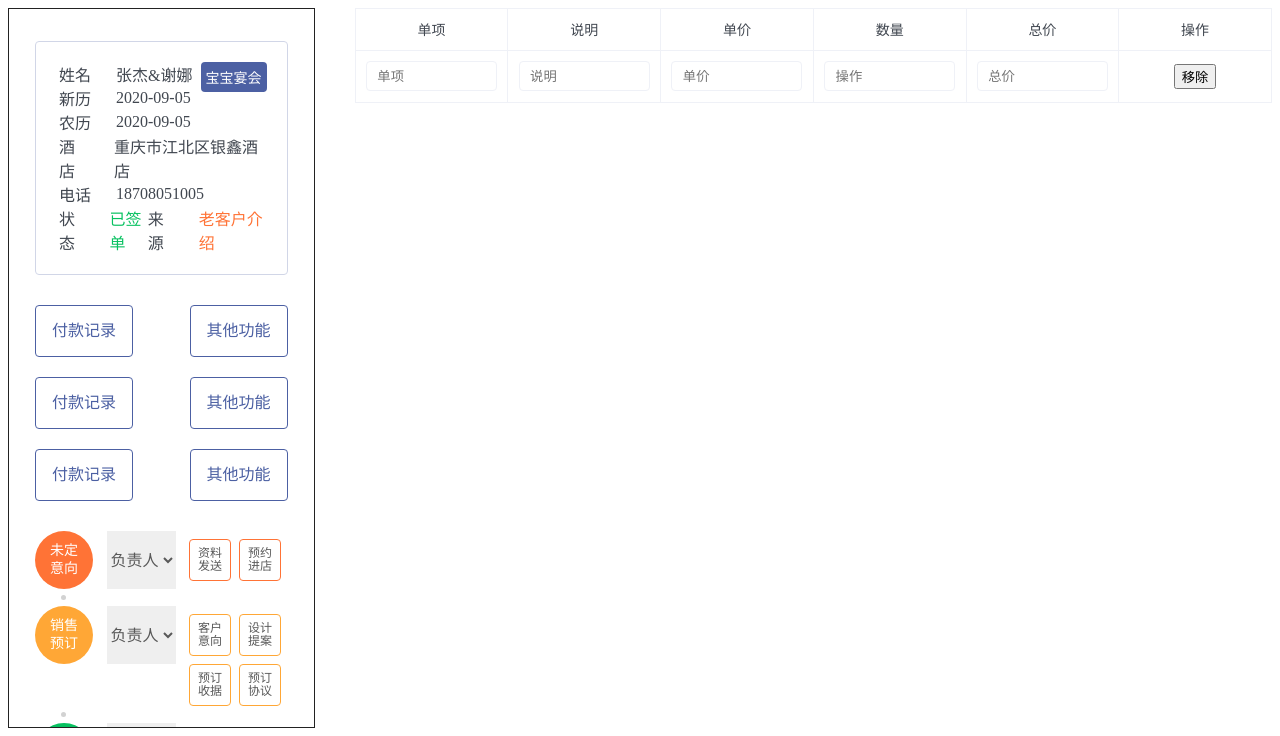
Repository: Lairuola/wedding-1
Page: index.html
An editor plug-in stored every save of this project. The page is shown before and after the next save, followed by the edit.
The browser window is 1280 px wide. The pictures show the whole page.

Above is the page before, as saved 2020-12-24 16:04:11.

### index.html
<!--
 * @Author       : 濑若拉
 * @Date         : 2020-12-17 10:22:14
 * @LastEditors  : 濑若拉
 * @LastEditTime : 2020-12-24 16:04:11
 * @FilePath     : /slidebar/index.html
-->


<!DOCTYPE html>
<html lang="en">

<head>
  <meta charset="UTF-8">
  <meta name="viewport" content="width=device-width, initial-scale=1.0">
  <title>Document</title>
  <style>
    .slide-left {
      width: 402px;
      height: 100vh;
      box-sizing: border-box;
      padding: 32px 26px;
      overflow-y: auto;
      display: flex;
      flex-direction: column;
      align-items: center;
      border: 1px solid #222;
    }

    .info {
      width: 100%;
      height: 328px;
      display: flex;
      flex-direction: column;
      justify-content: space-between;
      padding: 20px 23px;
      position: relative;
      box-sizing: border-box;
      border-radius: 4px;
      border: solid 1px #d1d6e7;
    }

    .info .row {
      width: 100%;
      display: flex;
      font-size: 16px;
      color: #414750;
      flex-direction: row;
      align-items: center;
    }

    .info .row .label,
    .info .end-row .item .label {
      margin-right: 25px;
    }

    .info .end-row {
      width: 100%;
      display: flex;
      flex-direction: row;
      align-items: center;
      justify-content: space-between;
      font-size: 16px;
      color: #414750;
    }

    .info .end-row .item {
      display: flex;
      flex-direction: row;
      align-items: center;
      font-size: 16px;
      color: #414750;
    }

    .info .info-tag {
      padding: 5px;
      background-color: #4c60a3;
      border-radius: 4px;
      font-size: 14px;
      color: #fff;
      position: absolute;
      top: 20px;
      right: 20px;
    }

    .btn-area {
      width: 100%;
      display: flex;
      flex-direction: row;
      align-items: center;
      justify-content: space-between;
      flex-wrap: wrap;
      margin-top: 10px;
      margin-bottom: 30px;
    }

    .btn-area .btn {
      width: 96px;
      height: 50px;
      background-color: #ffffff;
      border-radius: 4px;
      border: solid 1px #4c60a3;
      font-size: 16px;
      color: #4c60a3;
      text-align: center;
      line-height: 50px;
      margin-top: 20px;
    }

    .bot-area {
      width: 100%;
      display: flex;
      flex-direction: column;
    }

    .bot-area .item {
      width: 100%;
      display: flex;
      flex-direction: row;
      position: relative;
      padding-bottom: 17px;
    }

    .bot-area .item .circle {
      width: 58px;
      height: 58px;
      color: #fff;
      border-radius: 100%;
      display: flex;
      align-items: center;
      justify-content: center;
    }

    .bot-area .item .circle .text {
      width: 28px;
      height: 36px;
      font-size: 14px;
      line-height: 18px;
    }

    .bot-area .item .select-wrap {
      width: 96px;
      text-align: center;
    }

    .bot-area .item .select-wrap .bot-select {
      border: none;
      outline: none;
      color: #595959;
      font-size: 16px;
      height: 58px;
    }

    .bot-area .item .btn-row {
      flex: 1;
      display: flex;
      flex-direction: row;
      flex-wrap: wrap;
      margin-right: -8px;
    }

    .bot-area .item .btn-row .btn {
      width: 40px;
      height: 40px;
      border-radius: 4px;
      margin-right: 8px;
      border: 1px solid;
      display: flex;
      align-items: center;
      justify-content: center;
      margin-top: 8px;
      color: #595959;
    }

    .bot-area .item .btn-row .btn .word {
      width: 24px;
      height: 26px;
      font-size: 12px;
      line-height: 13px;
      letter-spacing: 0px;
    }

    .bot-area .item .dot {
      width: 5px;
      height: 5px;
      background-color: #d2d2d2;
      border-radius: 100%;
      position: absolute;
      bottom: 6px;
      left: 26px;
    }

    .bot-area .item .btn-row .btn.orange {
      border-color: #ff7336;
    }

    .bot-area .item .btn-row .btn.orange:hover {
      background-color: #ff7336;
      color: #fff;
    }

    .bot-area .item .btn-row .btn.yellow {
      border-color: #ffa736;
    }

    .bot-area .item .btn-row .btn.yellow:hover {
      background-color: #ffa736;
      color: #fff;
    }

    .bot-area .item .btn-row .btn.green {
      border-color: #07c160;
    }

    .bot-area .item .btn-row .btn.green:hover {
      background-color: #07c160;
      color: #fff;
    }

    .bot-area .item .btn-row .btn.aqua {
      border-color: #0bc8cb;
    }

    .bot-area .item .btn-row .btn.aqua:hover {
      background-color: #0bc8cb;
      color: #fff;
    }

    .bot-area .item .btn-row .btn.blue {
      border-color: #3d9bfb;
    }

    .bot-area .item .btn-row .btn.blue:hover {
      background-color: #3d9bfb;
      color: #fff;
    }

    .bot-area .item .btn-row .btn.cornflowerblue {
      border-color: #4c60a3;
    }

    .bot-area .item .btn-row .btn.cornflowerblue:hover {
      background-color: #4c60a3;
      color: #fff;
    }

    .color-green {
      color: #07c160
    }

    .color-orange {
      color: #ff7336;
    }

    .bg-color-red {
      background-color: #ff7336;
    }

    .bg-color-yellow {
      background-color: #ffa736;
    }

    .bg-color-green {
      background-color: #07c160;
    }

    .bg-color-aqua {
      background-color: #0bc8cb;
    }

    .bg-color-blue {
      background-color: #3d9bfb;
    }

    .bg-color-cornflowerblue {
      background-color: #4c60a3;
    }
  </style>
  <style>
    .my-table {
      width: 100%;
      height: 80vh;
      display: flex;
      flex-direction: column;
      margin-left: 40px;
      color: #414750;
    }

    .my-table .rows {
      width: 100%;
      display: flex;
      flex-direction: row;
    }

    .my-table .rows .item {
      flex: 1;
      border: 1px solid #222;
      box-sizing: border-box;
      display: flex;
      align-items: center;
      justify-content: center;
      border: 1px solid #eff1f7;
      font-size: 14px;
      padding: .65rem;
    }

    .my-table .rows .item:not(:last-child) {
      border-right: 0
    }

    .my-table .rows:not(:last-child) .item {
      border-bottom: 0;
    }

    .my-table .rows .item .item-input {
      background-color: #fff;
      border: 1px solid #eff1f7;
      width: 100%;
      height: 28px;
      padding: 0 .65rem;
      border-radius: 4px;
    }

    .my-table .rows .item .btn {
      color: #414750;
      box-shadow: 0 3px 1px -2px rgba(0, 0, 0, .065), 0 2px 2px 0 rgba(0, 0, 0, .065), 0 1px 5px 1px rgba(0, 0, 0, .065);
      background: #fff;
    }
  </style>
</head>

<body style="display: flex;flex-direction: row;">
  <div class="slide-left">
    <!-- 资料 -->
    <div class="info">
      <div class="row">
        <div class="label">姓名</div>
        <div class="content">张杰&谢娜</div>
      </div>
      <div class="row">
        <div class="label">新历</div>
        <div class="content">2020-09-05</div>
      </div>
      <div class="row">
        <div class="label">农历</div>
        <div class="content">2020-09-05</div>
      </div>
      <div class="row">
        <div class="label">酒店</div>
        <div class="content">重庆市江北区银鑫酒店</div>
      </div>
      <div class="row">
        <div class="label">电话</div>
        <div class="content">18708051005</div>
      </div>
      <div class="end-row">
        <div class="item">
          <div class="label">状态</div>
          <div class="content color-green">已签单</div>
        </div>
        <div class="item">
          <div class="label">来源</div>
          <div class="content color-orange">老客户介绍</div>
        </div>
      </div>
      <!-- tag -->
      <div class="info-tag">宝宝宴会</div>
    </div>
    <!-- btn-area -->
    <div class="btn-area">
      <div class="btn">付款记录</div>
      <div class="btn">其他功能</div>
      <div class="btn">付款记录</div>
      <div class="btn">其他功能</div>
      <div class="btn">付款记录</div>
      <div class="btn">其他功能</div>
    </div>
    <!-- bot-area -->
    <div class="bot-area">
      <div class="item">
        <div class="circle bg-color-red">
          <div class="text">未定意向</div>
        </div>
        <div class="select-wrap">
          <select class='bot-select' name="" id="">
            <option value="">负责人</option>
          </select>
        </div>
        <div class="btn-row">
          <div class="btn orange">
            <div class="word">资料发送</div>
          </div>
          <div class="btn orange">
            <div class="word">预约进店</div>
          </div>
        </div>
        <div class="dot"></div>
      </div>
      <div class="item">
        <div class="circle bg-color-yellow">
          <div class="text">销售预订</div>
        </div>
        <div class="select-wrap">
          <select class='bot-select' name="" id="">
            <option value="">负责人</option>
          </select>
        </div>
        <div class="btn-row">
          <div class="btn yellow">
            <div class="word">客户意向</div>
          </div>
          <div class="btn yellow">
            <div class="word">设计提案</div>
          </div>
          <div class="btn yellow">
            <div class="word">预订收据</div>
          </div>
          <div class="btn yellow">
            <div class="word">预订协议</div>
          </div>
        </div>
        <div class="dot"></div>
      </div>
      <div class="item">
        <div class="circle bg-color-green">
          <div class="text">设计策划</div>
        </div>
        <div class="select-wrap">
          <select class='bot-select' name="" id="">
            <option value="">负责人</option>
          </select>
        </div>
        <div class="btn-row">
          <div class="btn green">
            <div class="word">策划设计</div>
          </div>
          <div class="btn green">
            <div class="word">价格明细</div>
          </div>
          <div class="btn green">
            <div class="word">正式合同</div>
          </div>
          <div class="btn green">
            <div class="word">搭建清单</div>
          </div>
        </div>
        <div class="dot"></div>
      </div>
      <div class="item">
        <div class="circle bg-color-aqua">
          <div class="text">服务统筹</div>
        </div>
        <div class="select-wrap">
          <select class='bot-select' name="" id="">
            <option value="">负责人</option>
          </select>
        </div>
        <div class="btn-row">
          <div class="btn aqua">
            <div class="word">统筹服务</div>
          </div>
        </div>
        <div class="dot"></div>
      </div>
      <div class="item">
        <div class="circle bg-color-blue">
          <div class="text">执行搭建</div>
        </div>
        <div class="select-wrap">
          <select class='bot-select' name="" id="">
            <option value="">负责人</option>
          </select>
        </div>
        <div class="btn-row">
          <div class="btn blue">
            <div class="word">搭建确认</div>
          </div>
          <div class="btn blue">
            <div class="word">执行完成</div>
          </div>
        </div>
        <div class="dot"></div>
      </div>
      <div class="item">
        <div class="circle bg-color-cornflowerblue">
          <div class="text">成本结算</div>
        </div>
        <div class="select-wrap">
          <select class='bot-select' name="" id="">
            <option value="">负责人</option>
          </select>
        </div>
        <div class="btn-row">
          <div class="btn cornflowerblue">
            <div class="word">成本核算</div>
          </div>
        </div>
      </div>
    </div>
  </div>
  <div class="my-table">
    <div class="rows">
      <div class="item">单项</div>
      <div class="item">说明</div>
      <div class="item">单价</div>
      <div class="item">数量</div>
      <div class="item">总价</div>
      <div class="item">操作</div>
    </div>
    <div class="rows">
      <div class="item">
        <input class="item-input" type="text" placeholder="单项">
      </div>
      <div class="item">
        <input class="item-input" type="text" placeholder="说明">
      </div>
      <div class="item">
        <input class="item-input" type="text" placeholder="单价">
      </div>
      <div class="item">
        <input class="item-input" type="text" placeholder="操作">
      </div>
      <div class="item">
        <input class="item-input" type="text" placeholder="总价">
      </div>
      <div class="item">
        <button class="item-btn">移除</button>
      </div>
    </div>
  </div>
</body>

</html>

After the next save:
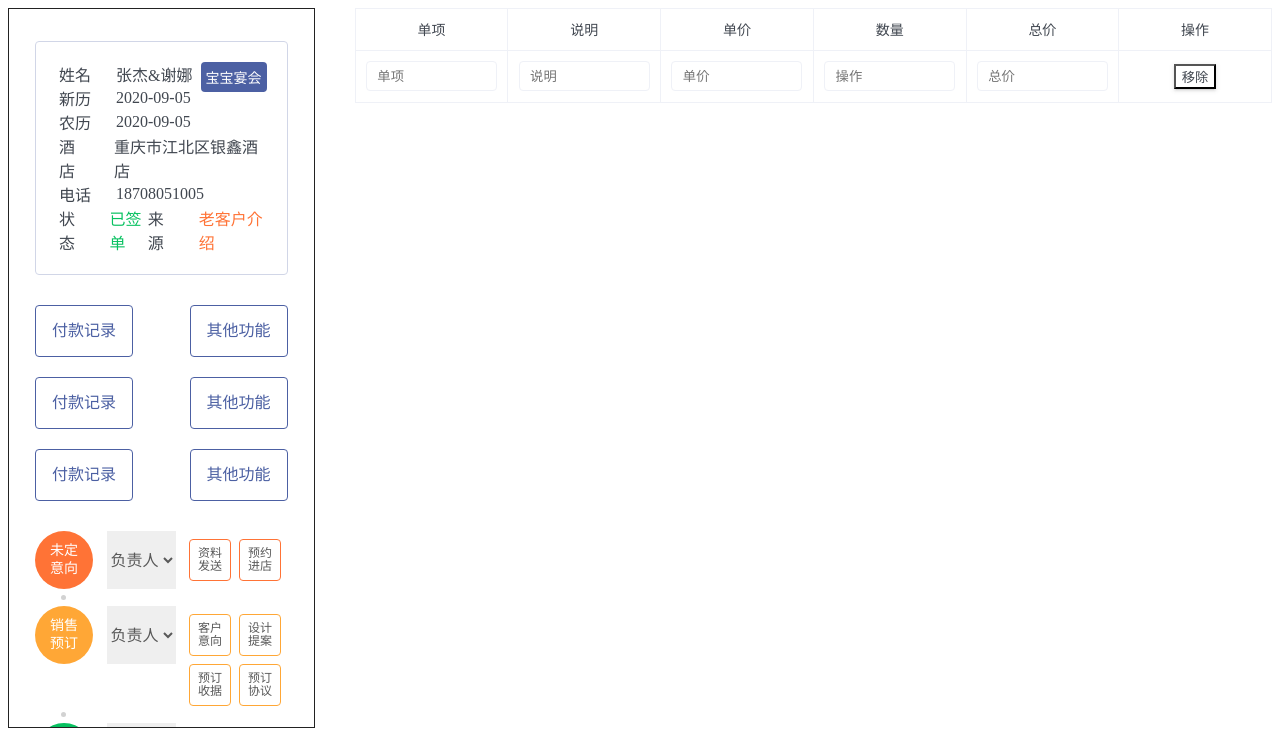
Saved 15 s later.
--- a/index.html
+++ b/index.html
@@ -2,7 +2,7 @@
  * @Author       : 濑若拉
  * @Date         : 2020-12-17 10:22:14
  * @LastEditors  : 濑若拉
- * @LastEditTime : 2020-12-24 16:04:11
+ * @LastEditTime : 2020-12-24 16:04:26
  * @FilePath     : /slidebar/index.html
 -->
 
@@ -321,7 +321,7 @@
       border-radius: 4px;
     }
 
-    .my-table .rows .item .btn {
+    .my-table .rows .item .item-btn {
       color: #414750;
       box-shadow: 0 3px 1px -2px rgba(0, 0, 0, .065), 0 2px 2px 0 rgba(0, 0, 0, .065), 0 1px 5px 1px rgba(0, 0, 0, .065);
       background: #fff;
